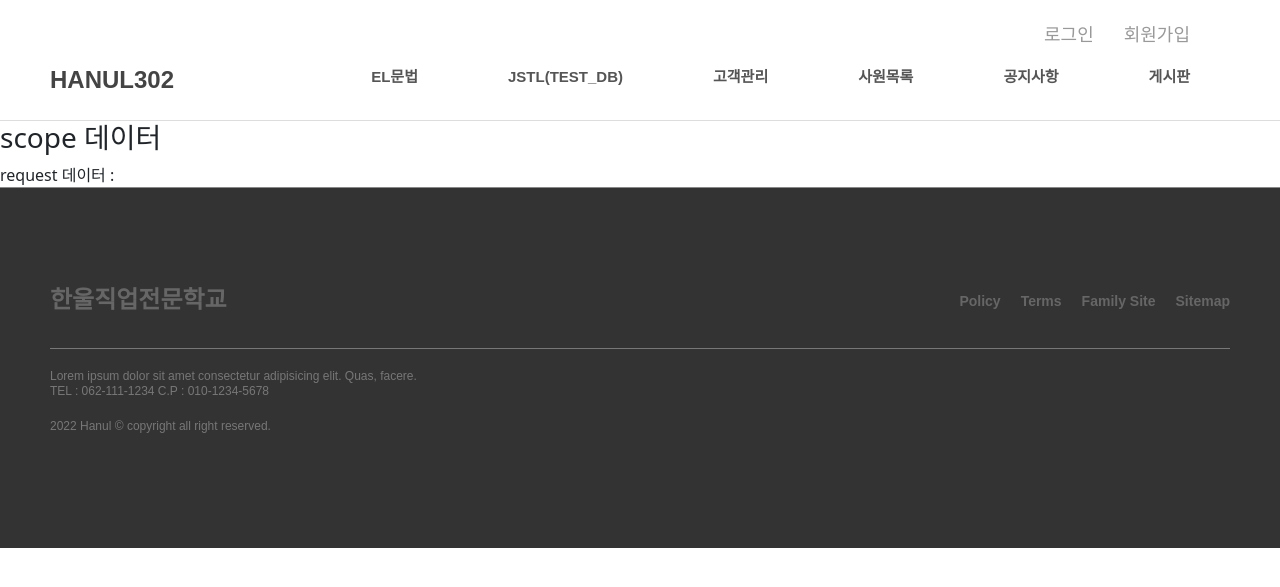
Repository: Xeyeong/servlet
Page: http://localhost/05.MiniProject/el/score_data.jsp
The author's editor kept a copy of each file at every save. The page is drawn from the files as they stood at one save, then again after the next save.
The browser window is 1280 px wide. The pictures show the whole page.
Some web libraries are served in a nearby version. The page is served by Tomcat 9. Other server files are loaded and not shown. The template is opened directly, without the code that normally fills it, so the values that code supplies are empty.

Above is the page before, as saved 2022-09-20 00:35:35.

### 05.MiniProject/src/main/webapp/el/score_data.jsp
<%@ page language="java" contentType="text/html; charset=UTF-8"
    pageEncoding="UTF-8"%>
<!DOCTYPE html>
<html>
<head>
<meta charset="UTF-8">
<title>Insert title here</title>
</head>
<body>
<jsp:include page="/include/header.jsp"/>
<h3>scope 데이터</h3>

request 데이터 : ${data}

<jsp:include page="/include/footer.jsp"/>
</body>
</html>

### 05.MiniProject/src/main/webapp/include/header.jsp
<%@ page language="java" contentType="text/html; charset=UTF-8"
    pageEncoding="UTF-8"%>
<!DOCTYPE html>
<html>
<head>
<meta charset="UTF-8">
<meta http-equiv="X-UA-Compatible" content="IE=CHROME">
<meta name="viewport" content="width=device-width, initial-scale=1.0">
<title>실습용 테마</title>
<link rel="icon" href="favicon.ico" type="image/x-icon">
<script src="https://kit.fontawesome.com/c47106c6a7.js"
	crossorigin="anonymous"></script>
<link rel="stylesheet" href="css/style.css?<%=new java.util.Date()%>">
<link rel="stylesheet" href="css/common.css?<%=new java.util.Date()%>">
<script src="js/ie.js"></script>
<link
	href="https://cdn.jsdelivr.net/npm/bootstrap@5.2.0-beta1/dist/css/bootstrap.min.css"
	rel="stylesheet"
	integrity="sha384-0evHe/X+R7YkIZDRvuzKMRqM+OrBnVFBL6DOitfPri4tjfHxaWutUpFmBp4vmVor"
	crossorigin="anonymous">
<script
	src="https://cdn.jsdelivr.net/npm/bootstrap@5.2.0-beta1/dist/js/bootstrap.bundle.min.js"
	integrity="sha384-pprn3073KE6tl6bjs2QrFaJGz5/SUsLqktiwsUTF55Jfv3qYSDhgCecCxMW52nD2"
	crossorigin="anonymous"></script>
<script src="https://code.jquery.com/jquery-3.6.0.min.js"></script>
</head>
<body>
	<header>
		<div class="inner">
			<h1>
				<a href="#">HANUL302</a>
			</h1>
			<ul id="gnb">
				<li><a href="list.el">EL문법</a></li>
				<li><a href="list.te">JSTL(TEST_DB)</a></li>
				<li><a href="list.cu">고객관리</a></li>
				<li><a href="#">사원목록</a></li>
				<li><a href="#">공지사항</a></li>
				<li><a href="#">게시판</a></li>
			</ul>



			<ul class="util">
				<li><a href="#">로그인</a></li>
				<li><a href="#">회원가입</a></li>
			</ul>

		</div>

	</header>
</body>
</html>

### 05.MiniProject/src/main/webapp/include/footer.jsp
<%@ page language="java" contentType="text/html; charset=UTF-8"
    pageEncoding="UTF-8"%>
<footer>
		<div class="inner">
			<div class="upper">
				<h1>한울직업전문학교</h1>
				<ul>
					<li><a href="#">Policy</a></li>
					<li><a href="#">Terms</a></li>
					<li><a href="#">Family Site</a></li>
					<li><a href="#">Sitemap</a></li>
				</ul>
			</div>
			<div class="lower">
				<address>
					Lorem ipsum dolor sit amet consectetur adipisicing elit. Quas,
					facere.<br> TEL : 062-111-1234 C.P : 010-1234-5678
				</address>
				<p>2022 Hanul &copy; copyright all right reserved.</p>
			</div>
		</div>
</footer>

### 05.MiniProject/src/main/webapp/css/style.css
@charset 'utf-8';


* {
	margin: 0px;
	padding: 0px;
	box-sizing: border-box;
}
ul,
ol {
	list-style: none;
}
a {
	text-decoration: none;
}

/* header */
header {
	width: 100%;
	border-bottom: 1px solid #ddd;
}
header .inner {
	width: 1180px;
	height: 120px;
	margin: 0px auto;
	position: relative; /*자식 absolute 요소의 기준점 설정*/
}
header .inner h1 {
	position: absolute;
	left: 0px;
	bottom: 15px;
}
header .inner h1 a {
	font: bold 24px/1 "arial";
	color: #444;
}
header .inner .util {
	position: absolute;
	top: 20px;
	right: 30px;
}
header .inner .util li {
	float: left;
}
header .inner .util li a {
	display: block;
	font: 18px "arial";
	color: #999;
	padding: 0px 10px;
}
header .inner #gnb {
	position: absolute;
	bottom: 0px;
	right: 0px;
}
header .inner #gnb li {
	float: left;
}
header .inner #gnb li a {
	display: block; /*인라인 요소는 block설정하여 크기를 조절가능*/
	font: bold 15px/1 "arial";
	color: #555;
	padding: 20px 40px;
	transition: all 0.5s;
}
header .inner #gnb li a:hover {
	background: #555;
	color: #fff;
}
figure {
	width: 100%;
	height: calc(100vh - 120px); /*전체 브라우저 높이에서 120px만큼 빼줌*/
	background: #000;
	position: relative;
	overflow: hidden;
	padding-top: 250px;
}
figure video {
	object-fit: cover; /*영상을 figure안쪽에 꽉 차도록 설정*/
	width: 100%;
	height: 100%;
	opacity: 0.3;
	position: absolute;
	top: 0px;
	left: 0px;
}
figure .inner {
	width: 1180px;
	margin: 0px auto;
	position: relative;
}
figure .inner h1 {
	font: normal 120px/1 "arial";
	color: #fff;
	margin-bottom: 20px;
}
figure .inner p {
	font: 16px/1.4 "arial";
	color: #888;
	margin-bottom: 60px;
}
figure .inner a {
	display: block;
	width: 400px;
	height: 30px;
	border: 1px solid #bbb;
	font: bold 11px/30px "arial";
	color: #fff;
	text-align: center;
	letter-spacing: 1px;
	transition: all 0.5s;
}
figure .inner a:hover {
	background: #fff;
	color: #555;
}
/* news */
section {
	width: 100%;
	padding: 200px 0px;
}
section .inner {
	width: 1180px;
	margin: 0px auto;
}
section .inner h1 {
	font: bold 24px/1 "arial";
	color: #555;
	text-align: center;
	margin-bottom: 50px;
}
section .inner .wrap {
	width: 100%;
}
section .inner .wrap::after {
	/*자식 요소인 article의 float해제*/
	content: "";
	display: block;
	clear: both;
}
section .inner .wrap article {
	width: 32%;
	float: left;
	margin-right: 20px;
}
section .inner .wrap article:last-child {
	/*제일 오른쪽 마지막 요소만 여백제거*/
	margin-right: 0px;
}
section .inner .wrap article h2 {
	margin-bottom: 10px;
}
section .inner .wrap article h2 a {
	font: bold 16px/1 "arial";
	color: #555;
}
section .inner .wrap article p {
	font: 14px/1.4 "arial";
	color: #777;
}
section .inner .wrap article .pic {
	width: 100%;
	height: 120px;
	background: #333;
	margin-bottom: 15px;
	position: relative;
	overflow: hidden;
}
section .inner .wrap article .pic img {
	object-fit: cover; /*pic프레임안에 이미지 꽉 채움*/
	width: 100%;
	height: 100%;
}
/* footer */
footer {
	width: 100%;
	background: #333;
	padding: 100px 0px;
	border-top: 1px solid #888;
}
footer .inner {
	width: 1180px;
	margin: 0px auto;
}
footer .inner .upper {
	width: 100%;
	border-bottom: 1px solid #777;
	padding-bottom: 20px;
}
footer .inner .upper::after {
	/*상단 영역 float해제*/
	content: "";
	display: block;
	clear: both;
}
footer .inner .upper h1 {
	float: left;
	font: bold 24px/1 "arial";
	color: #666;
}
footer .inner .upper ul {
	float: right;
}
footer .inner .upper ul li {
	float: left;
	margin-left: 20px;
}
footer .inner .upper ul li a {
	font: bold 14px/1 "arial";
	color: #666;
}
footer .inner .lower {
	width: 100%;
	padding-top: 20px;
}
footer .inner .lower address {
	width: 100%;
	font: 12px/1.3 "arial";
	color: #777;
	margin-bottom: 20px;
}
footer .inner .lower p {
	width: 100%;
	font: 12px/1 "arial";
	color: #777;
}

.styled-table {
	width: 80%;
    border-collapse: collapse;
    margin: 2% 10% 2% 10% ;
    font-size: 0.9em;
    font-family: sans-serif;
    min-width: 400px;
    box-shadow: 0 0 20px rgba(0, 0, 0, 0.15);

}

.styled-table thead tr {
    background-color: #009879;
    color: #ffffff;
    text-align: left;
}

.styled-table th,
.styled-table td {
    padding: 12px 15px;
}

.styled-table tbody tr {
    border-bottom: 1px solid #dddddd;
}

.styled-table tbody tr:nth-of-type(even) {
    background-color: #f3f3f3;
}

.styled-table tbody tr:last-of-type {
    border-bottom: 2px solid #009879;
}

.styled-table tbody tr.active-row {
    font-weight: bold;
    color: #009879;
}



.styled-table {
	width: 80%;
    border-collapse: collapse;
    margin: 2% 10% 2% 10%;
    font-size: 0.9em;
    font-family: sans-serif;
    min-width: 400px;
    box-shadow: 0 0 20px rgba(0, 0, 0, 0.15);
}

.styled-table thead tr {
    background-color: #009879;
    color: #ffffff;
    text-align: left;
}

.styled-table th,
.styled-table td {
    padding: 12px 15px;
}

.styled-table tbody tr {
    border-bottom: 1px solid #dddddd;
}

.styled-table tbody tr:nth-of-type(even) {
    background-color: #f3f3f3;
}

.styled-table tbody tr:last-of-type {
    border-bottom: 2px solid #009879;
}

.styled-table tbody tr.active-row {
    font-weight: bold;
    color: #009879;
}
.list-top{
	width: 80%;
	margin: 2%, 10%;
}
input[ type=button ] {
	padding : 2px 10px
}

input[ type=submit ]{
	padding: 2px 10px
}

### 05.MiniProject/src/main/webapp/css/common.css
@charset "UTF-8";

ul {
	list-style-type: none;
	align-items: center;
	padding: 0;
}

.center {
	position: absolute;
	left: 50%;
	top: calc(120px + 50%);
	transform: translate(-50%, -50%);
}

.list-top {
	display: flex;
	justify-content: space-between;
}

.list-top ul {
	display: flex;
}

table.tb-list th, table.tb-list td {
	border: 1px solid #b0b0b0;
}

.list-top {
	width: 80%;
	margin: 2% 10%
}

input[type=button], input[type=submit] {
	padding: 2px 10px
}

table th {
	background-color: #009879 !important;
	color: #fff;
}

label:not(:last-child) {
	margin-right: 30px
}

.btnSet {
	margin: 20px auto;
	width: 80%;
}

.btnSet a:not(:last-child) {
	margin-right: 5px
}

a {
	text-decoration: none !important;
}

a.btn-fill, a.btn-empty {
	height: 28px;
	padding: 3px 15px;
	border: 1px solid #009879;
	border-radius: 3px;
}

a.btn-fill {
	background-color: #009879;
	color: #fff;
}

a.btn-empty {
	color: #009879;
}

input {
	padding: 0 10px;
}

input:focus {
	outline: none !important;
	border-color: #009879;
}

.tb-wrap {
	overflow: auto;
	margin: 20px auto;
	height: 500px;
	width: 80%;
}

.tb-wrap table {
	width: 100%;
	margin: 0;
}

header ul li:not(:first-child) {
	margin-left: 10px
}

.valid {
	color: green;
	font-size: 14px;
	font-weight: bold;
}

.invalid {
	color: red;
	font-size: 14px;
	font-weight: bold;
}

.font {
	font-size: 18px;
}

#delete {
	display: none;
}

.w-px40 {
	width: 40px
}

.w-px60 {
	width: 60px
}

.w-px80 {
	width: 80px
}

.w-px100 {
	width: 100px
}

.w-px120 {
	width: 120px
}

.w-px140 {
	width: 140px
}

.w-px160 {
	width: 160px
}

.w-px180 {
	width: 180px
}

.w-px200 {
	width: 200px
}

.w-px220 {
	width: 220px
}

.w-px250 {
	width: 250px
}

.w-px300 {
	width: 300px
}

Loaded but not shown: 05.MiniProject/src/main/webapp/js/ie.js (common file)

After the next save:
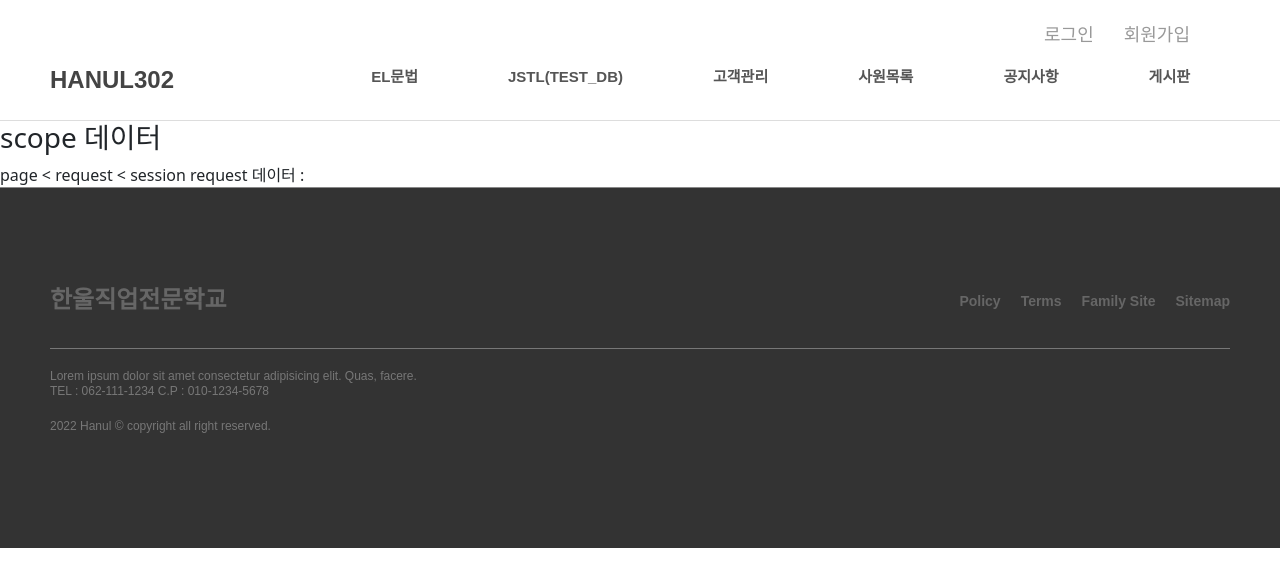
Saved 51 s later.
--- a/05.MiniProject/src/main/webapp/el/score_data.jsp
+++ b/05.MiniProject/src/main/webapp/el/score_data.jsp
@@ -9,6 +9,7 @@
 <body>
 <jsp:include page="/include/header.jsp"/>
 <h3>scope 데이터</h3>
+page < request < session
 
 request 데이터 : ${data}
 
